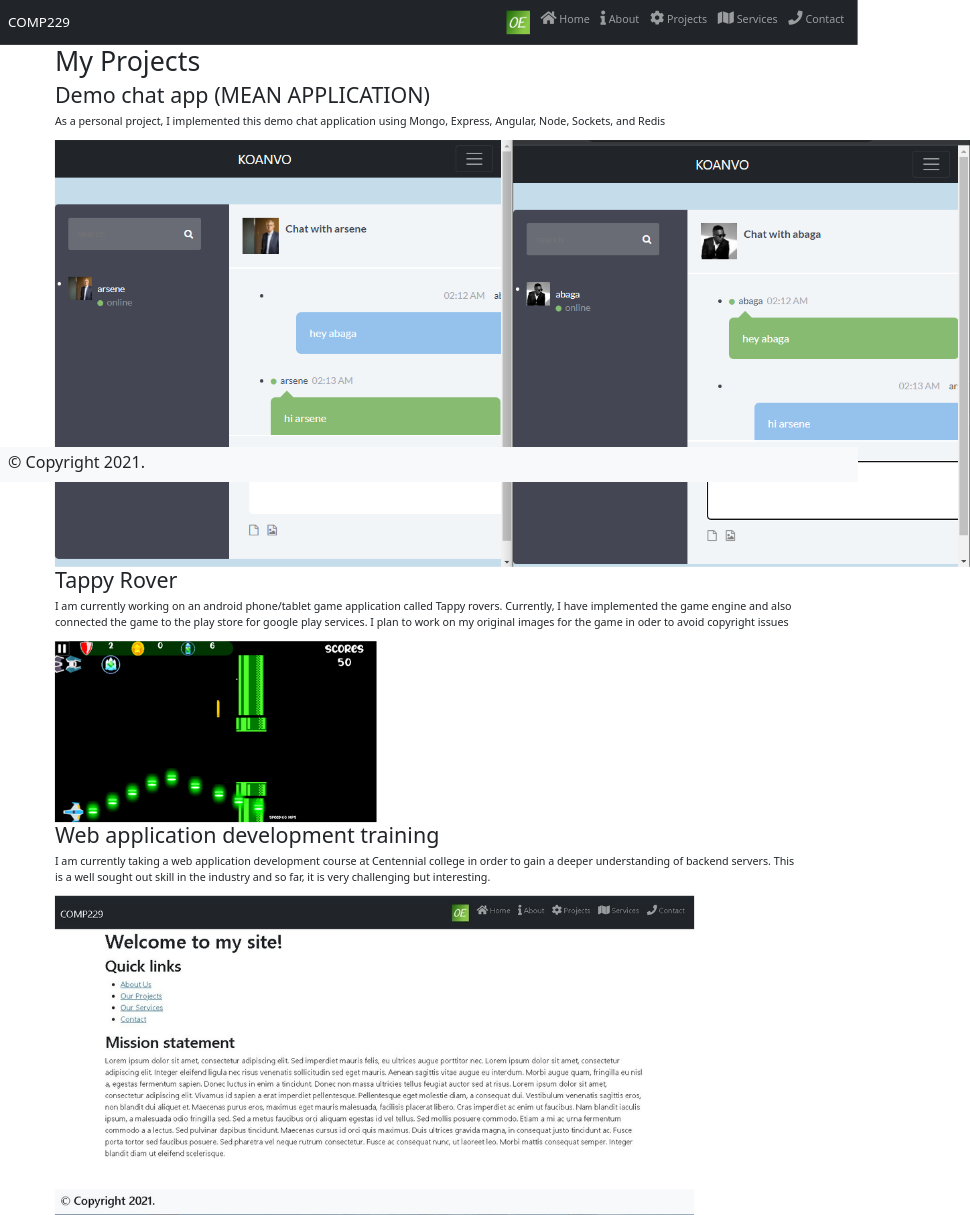
Repository: ofovweewere/Career-Portfolio
Page: http://localhost/projects
These files come from the project's save history. The page is drawn as it stood at one moment and after a run of saves; the edit follows.
The browser window is 1280 px wide. The page is 1448 px wide, then 1280 px, so the pictures cover 1448 px, including what lies to the right of the window. The pictures show the whole page, at 67% of full size.
The page is served by the project's Node server (index.js).

Above is the page before, as saved 2022-04-14 02:17:59.

After the next 2 saves:
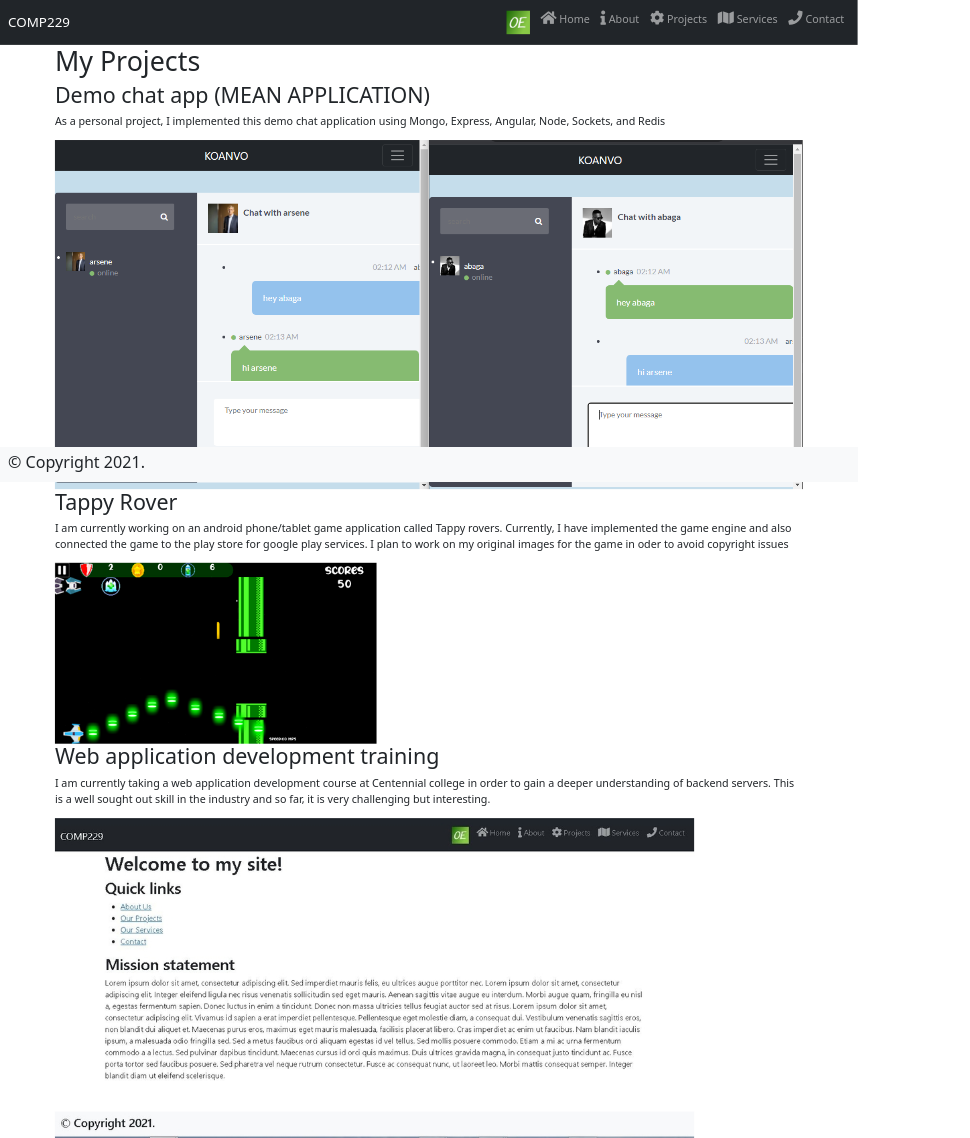
The 2 saves are shown as one change because they came seconds apart.
The last was saved 39 s later.
--- a/Server/Views/content/projects.ejs
+++ b/Server/Views/content/projects.ejs
@@ -7,7 +7,7 @@
     <h1>My Projects</h1>
     <h2>Demo chat app (MEAN APPLICATION)</h2>
     <p>As a personal project, I implemented this demo chat application using Mongo, Express, Angular, Node, Sockets, and Redis</p>
-    <div><img img src="Assets/images/chatApp.png"></div>
+    <div><img img src="Assets/images/chatApp.png" style="width:100%;"></div>
 
     <h2>Tappy Rover</h2>
     <p>I am currently working on an android phone/tablet game application called Tappy rovers. Currently, I have implemented the game engine and also connected the game to the play store for google play services. I plan to work on my original images for the game in oder to avoid copyright issues</p>
